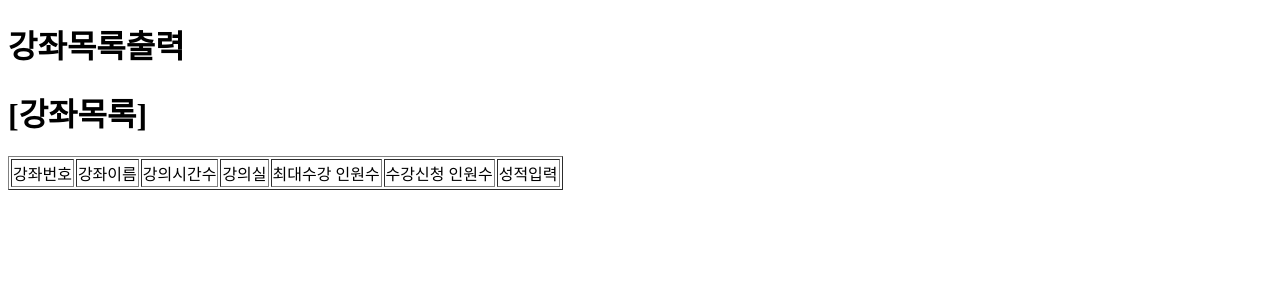
Repository: whwlsghkstm/html
Page: http://localhost/Ex0504/list.jsp
An editor plug-in stored every save of this project. The page is shown before and after the next save, followed by the edit.
The browser window is 1280 px wide. The pictures show the whole page.
Some web libraries are served in a nearby version. The page is served by Tomcat 9. Other server files are loaded and not shown.

Above is the page before, as saved 2020-05-04 04:09:36.

### Ex0504/WebContent/list.jsp
<%@ page language="java" contentType="text/html; charset=UTF-8"
    pageEncoding="UTF-8"%>
<!DOCTYPE html>
<html>
<head>
	<meta charset="UTF-8">
	<title>강좌 목록출력</title>
	<script src="http://code.jquery.com/jquery-1.9.1.js"></script>
	<script src="https://cdnjs.cloudflare.com/ajax/libs/handlebars.js/3.0.1/handlebars.js"></script>
</head>
<body>
	<h1>강좌목록출력</h1>

	<h1>[강좌목록]</h1>
	<table id="ctab" border=1>
		<tr class="title">
			<td>강좌번호</td>
			<td>강좌이름</td>
			<td>강의시간수</td>
			<td>강의실</td>
			<td>최대수강 인원수</td>
			<td>수강신청 인원수</td>
			<td>성적입력</td>
		</tr>
	</table>
</body>
</html>

After the next save:
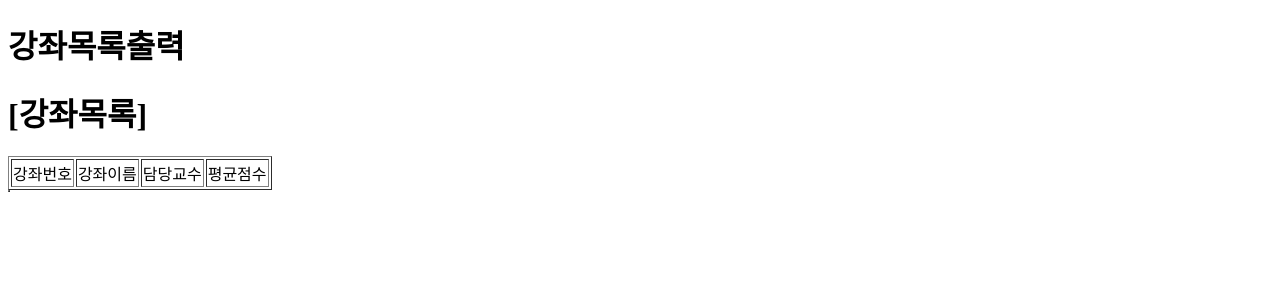
Saved 2 min 5 s later.
--- a/Ex0504/WebContent/list.jsp
+++ b/Ex0504/WebContent/list.jsp
@@ -16,12 +16,29 @@
 		<tr class="title">
 			<td>강좌번호</td>
 			<td>강좌이름</td>
-			<td>강의시간수</td>
-			<td>강의실</td>
-			<td>최대수강 인원수</td>
-			<td>수강신청 인원수</td>
-			<td>성적입력</td>
+			<td>담당교수</td>
+			<td>평균점수</td>
 		</tr>
 	</table>
+	<table id="tab1" border=1></table>
+	<script id="temp1" type="text/x-handlebars-template">
+			<tr class="title">
+				<td><input type="checkbox" id="checkAll"></td>
+				<td>강좌번호</td>
+				<td>강좌이름</td>
+				<td>담당교수</td>
+				<td>평균점수</td>
+			</tr>
+
+		{{#each list}}
+			<tr class="row1">
+				<td><input type="checkbox" class="check"></td>
+				<td class="lcode">{{sname}}</td>
+				<td class="lname">{{scode}}</td>
+				<td class="pname">{{pname}</td>
+				<td class="avg">{{avg}</td>
+			</tr>
+		{{/each}}
+	</script>
 </body>
 </html>
